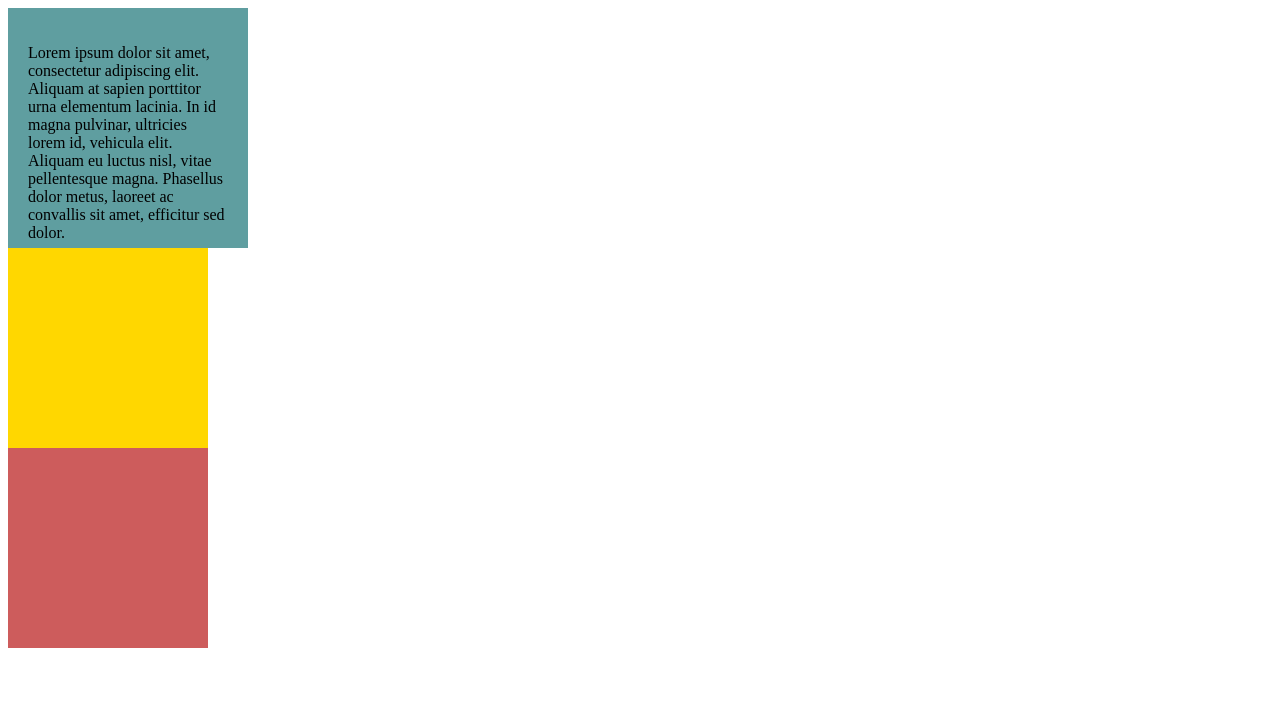
Repository: arzeee/Web_Course
Page: 6.3+CSS+Box+Model/6.3 CSS Box Model/index.html
An editor plug-in stored every save of this project. The page is shown before and after a run of saves, followed by the edit.
The browser window is 1280 px wide. The pictures show the whole page.

Above is the page before, as saved 2025-07-04 18:22:23.

### 6.3+CSS+Box+Model/6.3 CSS Box Model/index.html
<!DOCTYPE html>
<html lang="en">

<head>
  <meta charset="UTF-8">
  <title>CSS Box Model</title>
  <style>
    /* Write your CSS code here */

    .box {
      height: 200px;
      width: 200px;
    }

    .box1 {
      padding: 20px;
      border: 10px black;
      background-color: cadetblue;
    }
    .box2 {
      background-color: gold;
    }
    .box3 {
      background-color: indianred;
    }

  </style>
</head>

<body>
  <div class="box box1">
    <p>Lorem ipsum dolor sit amet, consectetur adipiscing elit. Aliquam at sapien porttitor urna elementum lacinia. In
    id magna pulvinar, ultricies lorem id, vehicula elit. Aliquam eu luctus nisl, vitae pellentesque magna. Phasellus
    dolor metus, laoreet ac convallis sit amet, efficitur sed dolor.</p>
  </div>
  <div class="box box2">

  </div>
  <div class="box box3">

  </div>


  <!-- TODOs:
1. Create 3 Boxes using the div element.
2. Set their sizes to 200px heigh by 200px wide.
3. Set different background colors for each of the boxes (I used cadetblue, gold and indianred).
4. Add a paragraph <p> element into the first div and add the following words:
    Lorem ipsum dolor sit amet, consectetur adipiscing elit. Aliquam at sapien porttitor urna elementum lacinia. In
    id magna pulvinar, ultricies lorem id, vehicula elit. Aliquam eu luctus nisl, vitae pellentesque magna. Phasellus
    dolor metus, laoreet ac convallis sit amet, efficitur sed dolor.
5. Set the 1st div to have 20px padding all around with a black 10px border.
6. Fix the style of the <p> element to remove all margins.
Hint: Use the CSS inspector in Chrome.
7. Set the 2nd div to have a 20px border on top and bottom and 10px border left and right. (See goal image)
8. Set the 3rd div to have a 10px border
9. Set the margins for the divs so that each box corner touches the other. (See the goal image)
-->

</body>

</html>

After the next 2 saves:
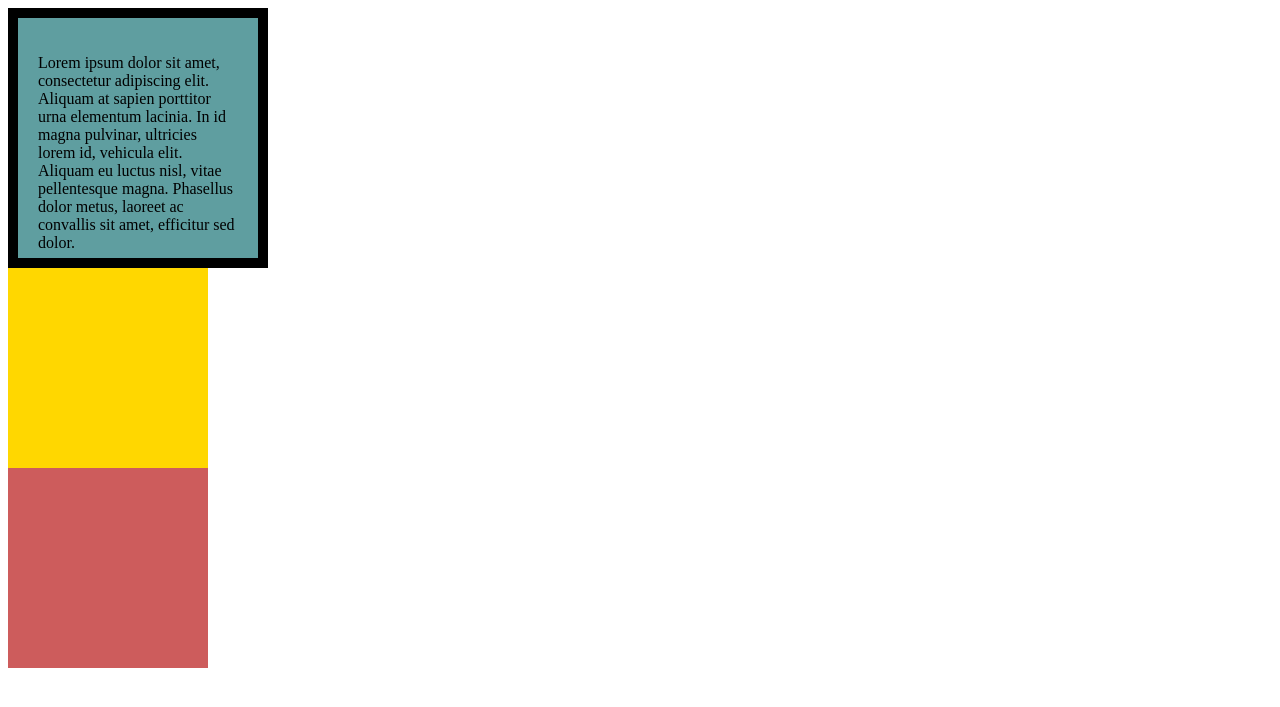
The 2 saves are shown as one change because they came seconds apart.
The last was saved 52 s later.
--- a/6.3+CSS+Box+Model/6.3 CSS Box Model/index.html
+++ b/6.3+CSS+Box+Model/6.3 CSS Box Model/index.html
@@ -14,7 +14,7 @@
 
     .box1 {
       padding: 20px;
-      border: 10px black;
+      border: 10px solid black;
       background-color: cadetblue;
     }
     .box2 {
